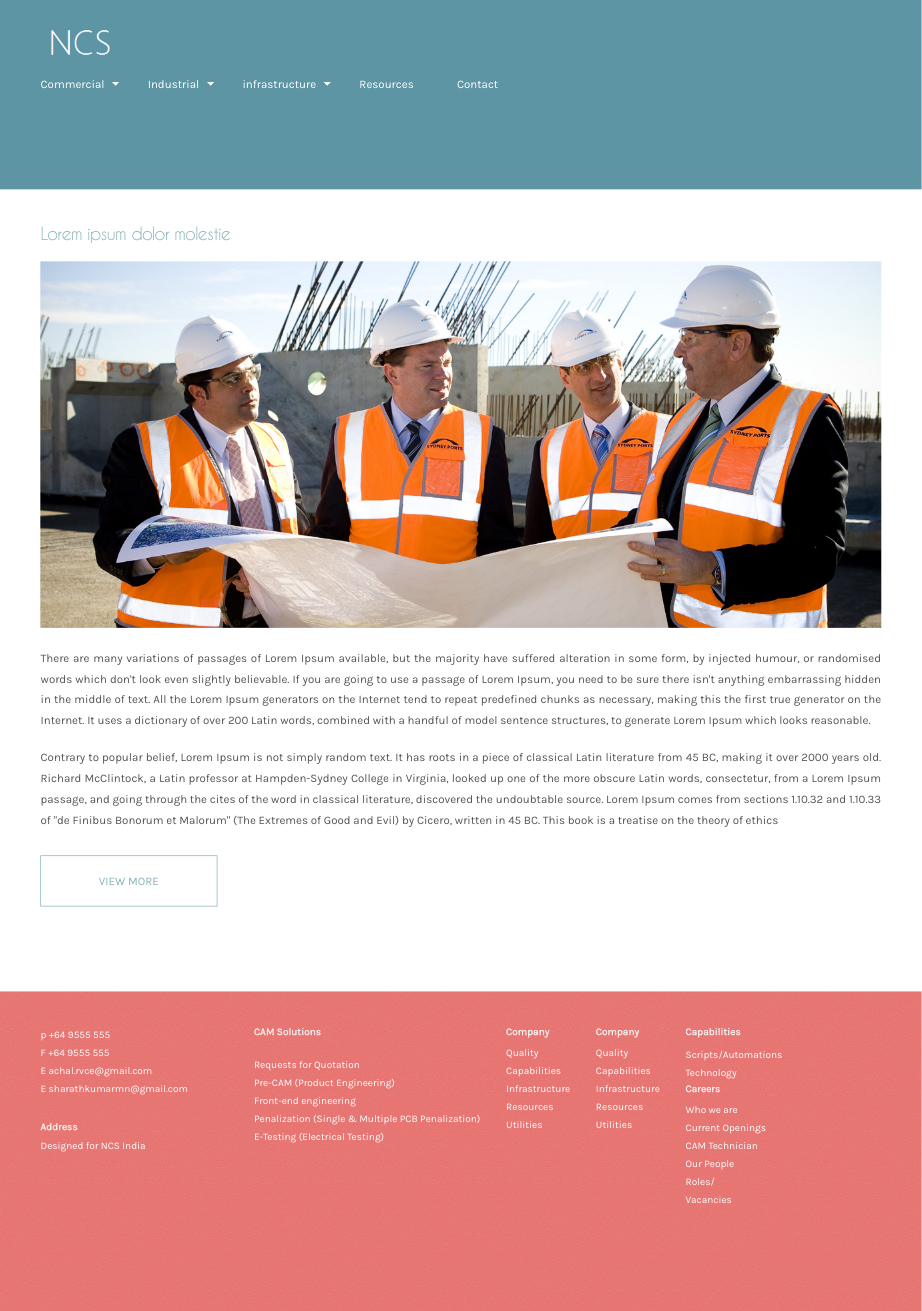
Repository: achalbi/NCS_demo
Page: public/details.html
The author's editor kept a record of every edit. The page is drawn from the files as they stood at one moment, then again after the next edit.
The browser window is 1280 px wide. The pictures show the whole page, at 72% of full size.

Above is the page before.

### public/details.html
<!--A Design by W3layouts
Author: W3layout
Author URL: http://w3layouts.com
License: Creative Commons Attribution 3.0 Unported
License URL: http://creativecommons.org/licenses/by/3.0/
-->
<!DOCTYPE HTML>
<html>
<head>
<title>The Organic Website Template | Details</title>
<meta http-equiv="Content-Type" content="text/html; charset=utf-8" />
<meta name="viewport" content="width=device-width, initial-scale=1, maximum-scale=1">
<link href='http://fonts.googleapis.com/css?family=Karla' rel='stylesheet' type='text/css'>
<link href="css/style.css" rel="stylesheet" type="text/css" media="all" />
<script src="js/jquery.min.js"></script>
</head>
<body>
<!-- start header -->
<div class="header_bg1">
<div class="wrap">
<div class="wrapper">
	<div class="logo">
		<a href="index.html"><img src="images/logo.png" alt=""/> </a>
	</div>
	<div class="menu">
		<a class="toggleMenu" href="#">Menu</a>
		<ul class="nav">
			<li><a href="commercial.html">Commercial</a>
				<ul>
					<li><a href="#">Histroy</a></li>
					<li><a href="#">Structure</a></li>
					<li><a href="#">People</a></li>
				</ul>
			</li>
			<li><a href="industrial.html">Industrial</a>
				<ul>
					<li><a href="#">CSR</a></li>
					<li><a href="#">Locations</a></li>
					<li><a href="#">PPV</a></li>
				</ul>
			</li>
			<li><a href="infrastructure.html">infrastructure</a>
				<ul>
					<li><a href="#">Histroy</a></li>
					<li><a href="#">Structure</a></li>
					<li><a href="#">People</a></li>
				</ul>
			</li>
			<li><a href="resource.html">Resources</a></li>
			<li><a href="contact.html">Contact</a></li>
		</ul>
		</div>
		<div class="clear"></div>
	 <script type="text/javascript" src="js/script.js"></script>
	<div class="clear"></div>
</div>
</div>
</div>
<!-- start content -->
<div class="content_bg">
<div class="wrap">
<div class="wrapper">
	<div class="main">
		<div class="details">
			<h2 class="style1">Lorem ipsum dolor molestie</h3>
			<div class="det_pic">
				  <img src="images/det_pic.jpg">
			</div>
			<div class="det_text">
				<p class="para1">There are many variations of passages of Lorem Ipsum available, but the majority have suffered alteration in some form, by injected humour, or randomised words which don't look even slightly believable. If you are going to use a passage of Lorem Ipsum, you need to be sure there isn't anything embarrassing hidden in the middle of text. All the Lorem Ipsum generators on the Internet tend to repeat predefined chunks as necessary, making this the first true generator on the Internet. It uses a dictionary of over 200 Latin words, combined with a handful of model sentence structures, to generate Lorem Ipsum which looks reasonable. </p>
				<p class="para1">Contrary to popular belief, Lorem Ipsum is not simply random text. It has roots in a piece of classical Latin literature from 45 BC, making it over 2000 years old. Richard McClintock, a Latin professor at Hampden-Sydney College in Virginia, looked up one of the more obscure Latin words, consectetur, from a Lorem Ipsum passage, and going through the cites of the word in classical literature, discovered the undoubtable source. Lorem Ipsum comes from sections 1.10.32 and 1.10.33 of "de Finibus Bonorum et Malorum" (The Extremes of Good and Evil) by Cicero, written in 45 BC. This book is a treatise on the theory of ethics</p>
				<div class="rd_more1">
				     	<button class="btn btn-1 btn-1a">View More</button>
					</div>
			</div>
			<div class="clear"></div>
		</div>
	</div>
</div>
</div>
</div>
<!-- start footer -->
<div class="footer_bg">
<div class="wrap">
<div class="wrapper">
<div class="clear">
	<div class="f_grid">
		<div class="grid1_of_1">
			<div class="address">
				<p>p +64 9555 555</p>
				<p>F +64 9555 555</p>
				<p>E <a href="">achal.rvce@gmail.com</a> </p>
				<p>E <a href="">sharathkumarmn@gmail.com</a> </p>
				<h3 class="top">Address</h3>
				<p class="top">Designed for <a href="http://www.ncs-india.com/"> NCS India</a></p>
			</div>
		</div>
		<div class="grid1_of_2">
			<div class="f_grid2 left">
				<h3>CAM Solutions</h3>
				<ul class="f_nav">
					<li><a href="">Requests for Quotation </a></li>
					<li><a href="">Pre-CAM (Product Engineering) </a></li>
					<li><a href="">Front-end engineering</a></li>
					<li><a href="">Penalization (Single & Multiple PCB Penalization)</a></li>
					<li><a href="">E-Testing (Electrical Testing)</a></li>
				</ul>
			</div>
			<div class="f_grid2 left">
			<h3>Company</h3>
			<ul class="f_nav">
				<li><a href="">Quality</a></li>
				<li><a href="">Capabilities</a></li>
				<li><a href="">Infrastructure</a></li>
				<li><a href="">Resources</a></li>
				<li><a href="">Utilities</a></li>
			</ul>
			</div>
				<div class="f_grid2 left">
			<h3>Company</h3>
			<ul class="f_nav">
				<li><a href="">Quality</a></li>
				<li><a href="">Capabilities</a></li>
				<li><a href="">Infrastructure</a></li>
				<li><a href="">Resources</a></li>
				<li><a href="">Utilities</a></li>
			</ul>
			</div>
			<div class="f_grid2 left hide">
			<h3>Capabilities</h3>
			<ul class="f_nav">
				<li><a href="">Scripts/Automations</a></li>
				<li><a href="">Technology</a></li>
			</ul>
			</div>
			<div class="f_grid2 left hide">
			<h3>Careers</h3>
			<ul class="f_nav">
				<li><a href="">Who we are</a></li>
				<li><a href="">Current Openings</a></li>
				<li><a href="">CAM Technician</a></li>
				<li><a href="">Our People</a></li>
				<li><a href="">Roles/</a></li>
				<li><a href="">Vacancies</a></li>
			</ul>
			</div>
		</div>
		<div class="clear"></div>
	</div>
	</div>
</div>
</div>
</div>
</body>
</html>

### public/css/style.css
/*
Author: W3layout
Author URL: http://w3layouts.com
License: Creative Commons Attribution 3.0 Unported
License URL: http://creativecommons.org/licenses/by/3.0/
*/
/* reset */
html,body,div,span,applet,object,iframe,h1,h2,h3,h4,h5,h6,p,blockquote,pre,a,abbr,acronym,address,big,cite,code,del,dfn,em,img,ins,kbd,q,s,samp,small,strike,strong,sub,sup,tt,var,b,u,i,dl,dt,dd,ol,nav ul,nav li,fieldset,form,label,legend,table,caption,tbody,tfoot,thead,tr,th,td,article,aside,canvas,details,embed,figure,figcaption,footer,header,hgroup,menu,nav,output,ruby,section,summary,time,mark,audio,video{margin:0;padding:0;border:0;font-size:100%;font:inherit;vertical-align:baseline;}
article, aside, details, figcaption, figure,footer, header, hgroup, menu, nav, section {display: block;}
ol,ul{list-style:none;margin:0;padding:0;}
blockquote,q{quotes:none;}
blockquote:before,blockquote:after,q:before,q:after{content:'';content:none;}
table{border-collapse:collapse;border-spacing:0;}
/* start editing from here */
a{text-decoration:none;}
.txt-rt{text-align:right;}/* text align right */
.txt-lt{text-align:left;}/* text align left */
.txt-center{text-align:center;}/* text align center */
.float-rt{float:right;}/* float right */
.float-lt{float:left;}/* float left */
.clear{clear:both;}/* clear float */
.pos-relative{position:relative;}/* Position Relative */
.pos-absolute{position:absolute;}/* Position Absolute */
.vertical-base{	vertical-align:baseline;}/* vertical align baseline */
.vertical-top{	vertical-align:top;}/* vertical align top */
.underline{	padding-bottom:5px;	border-bottom: 1px solid #eee; margin:0 0 20px 0;}/* Add 5px bottom padding and a underline */
nav.vertical ul li{	display:block;}/* vertical menu */
nav.horizontal ul li{	display: inline-block;}/* horizontal menu */
img{max-width:100%;}
/*end reset*/
@font-face {
      font-family: 'caviar_dreamsregular';
      src: url(../fonts/CaviarDreams-webfont.ttf) format('truetype');
}
body {
	font-family: 'Karla', sans-serif;
	font-size: 100%;
	background: #ffffff;
}
.wrap{
	margin:0 auto;
	width:80%;
}
.wrapper{
	padding:2% 6%;
}
/* start header */
.header_bg{
	background: url('../images/bg.jpg') no-repeat;
}
.logo {
	position: absolute;
	top: 10px;
	left: 10px;
}
/* start menu */
.menu{
	float: left;
	margin-left: -40px;
}
.toggleMenu {
    display:  none;
    background: rgba(29, 82, 99, 0.22);
    padding: 10px 15px;
    width: 100%;
    color: #fff;
}
.nav {
    list-style: none;
     *zoom: 1;
}
.nav:before,
.nav:after {
    content: " ";
    display: table;
}
.nav:after {
    clear: both;
}
.nav ul {
    list-style: none;
    width: 9em;
}
.nav li a {
  padding: 10px 20px 10px 40px;
    color:#fff;
    font-size: 16px;
}
.nav li {
    position: relative;
}
.nav > li {
    float: left;
}
.nav > li > .parent {
    background-image: url("../images/down_arrow.png");
    background-repeat: no-repeat;
    background-position: right;
}
.nav > li > a {
    display: block;
}
.nav > li > a:hover{
	color: rgb(241, 241, 241);
}
.nav li  ul {
    position: absolute;
    left: -9999px;
}
.nav > li.hover > ul {
    left: 40px;
}
.nav li li.hover ul {
    left: 100%;
    top: 0;
    -webkit-transition: background .2s linear;
	-moz-transition: background .2s linear;
	-ms-transition: background .2s linear;
	-o-transition:  background .2s linear;
	transition: background .2s linear;
}
.nav li li a {
	padding: 10px;
	display: block;
	color: rgba(255, 255, 255, 0.81);
	background: rgba(255, 255, 255, 0.16);
	position: relative;
	z-index: 100;
	border-top: 1px solid rgba(233, 233, 233, 0.09);
	-webkit-transition: all 0.3s ease-out;
	-moz-transition: all 0.3s ease-out;
	-ms-transition: all 0.3s ease-out;
	-o-transition: all 0.3s ease-out;
	transition: all 0.3s ease-out;
}
.nav li li li a {
    background:#249578;
    z-index:200;
    border-top: 1px solid #1d7a62;
}
.nav li li a:hover{
	background: #f6f6f6;
	color: #4D8194;
}


@media screen and (max-width: 768px) {
	.logo{
		float: none;
	}
	.menu{
		float: none;
		margin-left: 0;
	}
	.nav {
		background: rgba(255, 255, 255, 0.22);
	}
    .active {
        display: block;
    }
    .nav > li {
        float: none;
    }
    .nav > li > .parent {
        background-position: 95% 50%;
    }
    .nav li li .parent {
        background-image: url("images/downArrow.png");
        background-repeat: no-repeat;
        background-position: 95% 50%;
    }
    .nav ul {
        display: block;
        width: 100%;
    }
   .nav > li.hover > ul , .nav li li.hover ul {
        position: static;
    }
}
/* start banner_text */
.banner{
	width: 42%;
	margin: 8% 0 44%;
}
h2.style{
	font-family: 'caviar_dreamsregular';
	font-size: 3.0em;
	color: #ffffff;
	text-shadow: 0 1px 0 rgb(34, 55, 60);
	line-height: 1.2em;

}
p.para{
	margin-top:4%;
	font-family: 'caviar_dreamsregular';
	font-size: 1em;
	color: #fff;
	text-shadow: 0 1px 0 rgb(152, 153, 153);
	line-height: 1.8em;
}
/* start main */
.mait_bg{
	background: #ffffff;
}
.main{
	margin: 2% 0 8%;
}
h3.style{
	font-size:1.5em;
	color:#FE9E2E;
}
h4.style{
	font-size:1.6em;
	color:#FE9E2E;
}
p.para1{
	margin-top:2%;
	font-size:1em;
	color: #555555;
	line-height: 1.8em;
	text-align: justify;
    text-justify: inter-word;
}
/* Circular Content Carousel Style */
.ca-container{
	position: relative;
	width: 100%;
	height: 350px;
}
.ca-wrapper{
	width:100%;
	height:100%;
	position:relative;
}
.ca-item{
	position:relative;
	float:left;
	width:100%;
	height:100%;
	text-align:center;
}
.ca-close{
	position:absolute;
	top:10px;
	right:10px;
	background:url(../images/cross.png) no-repeat center center;
	width:27px;
	height:27px;
	text-indent:-9000px;
	outline:none;
	opacity:0.7;
}
.ca-close:hover{
	opacity:1.0;
}
.ca-item-main{
	position: absolute;
	top: 0px;
	left: 0px;
	overflow: hidden;
}
.ca-item h4{
	position: relative;
	color: #999;
	margin: 0.8em 0;
	line-height: 1.8em;
	font-weight: 300;
	font-size: 0.75em;
}
.ca-item h4 span{
	display: block;
}
.ca-item h4  span.quote{
	margin: 2% 0 0 26%;
}
.ca-nav span{
	width:35px;
	height:35px;
	background:#FF992B url(../images/arrows.png) no-repeat top left;
	position:absolute;
	top:84%;
	left:76%;
	text-indent:-9000px;
	cursor:pointer;
	z-index:100;
}
.ca-nav span.ca-nav-next{
	background-position:top right;
	left:auto;
	right:4px;
}
.ca-nav span:hover{
	opacity:1.0;
}
/* start span_1_of_2 */
.span1_of_1{
	width: 26.333%;
	float:left;
	border-right: 1px solid rgb(231, 231, 231);
}
.span1_of_1.left{
	padding-right: 4%;
}
.span1_of_2{
	width: 64.333%;
	float:left;
	padding-left: 4%;
}
.span1_of_1 span{
	color: #FE9E2E;
	font-size: 2em;
	line-height: 1.4em;
	text-align: left;
}
.span1_of_1 span.left{
	margin-left: 50%;
}
/* start footer */
.footer_bg{
	background: url('../images/ftr_bg.png');
}
.f_grid{
	display: block;
	margin: 2% 0 10%;
}
.grid1_of_1{
	float: left;
	width: 24.3333%;
}
.grid1_of_2{
	float: left;
	width: 74.3333%;
}
.address p{
	color: #ffffff;
	font-size:0.8725em;
	line-height: 1.8em;
}
.address p a{
	color: #ffffff;
	margin-top: 10px;
}
.address h3{
	font-size:14px;
	color: #ffffff;
	-webkit-text-stroke: 0.4px;
	-webkit-text-stroke-color: #f6f6f6;
}
.address h3.top{
	margin-top: 12%;
}
.address p.top{
	margin-top: 2%;
}
.address p a:hover{
	color: rgb(241, 241, 241);
}
.f_grid2 {
	float: left;
}
.f_grid2.left{
	margin-left: 8%;
}
.f_grid2 h3{
	font-size: 14px;
	color: #ffffff;
	-webkit-text-stroke: 0.4px;
	-webkit-text-stroke-color: #f6f6f6;
}
.f_nav{
	margin-top: 8%;
}
.f_nav li a{
	color: #ffffff;
	font-size:0.8725em;
	line-height: 1.8em;
}
.f_nav li a:hover{
	color: rgb(241, 241, 241);
}
/* start commercial */
.header_bg1{
	background: #5D95A4;
	padding: 0% 0 8%;
}
.commercial{
	margin: 6% 0;
}
/*  GRID OF THREE */
.grid_1_of_3{
	display: block;
	margin-left: 4%;
}
.grid_1_of_3:first-child {
	margin-left: 0;
}
.images_1_of_3 {
	float:left;
	width:30.333%;
}
.images_1_of_3  img {
	margin: 10% 0 6%;
}
.images_1_of_3 img {
	box-shadow: 0px 40px 20px -40px rgb(133, 133, 133);
	-webkit-box-shadow: 0px 40px 20px -40px rgb(133, 133, 133);
	-moz-box-shadow: 0px 40px 20px -40px rgb(133, 133, 133);
	-o-box-shadow: 0px 40px 20px -40px rgb(133, 133, 133);
}
h2.style1{
	font-family: 'caviar_dreamsregular';
	font-size:1.5em;
	color: #84B3B9;
	text-shadow: 0 1px 0 rgb(255, 255, 255);
	line-height: 1.2em;
	letter-spacing: -1px;
}
.style1_sub{
	font-family: 'caviar_dreamsregular';
	font-size:1em;
	color: #84B3B9;
	text-shadow: 0 1px 0 rgb(255, 255, 255);
	line-height: 1.2em;
	letter-spacing: -1px;
}
.images_1_of_3 p{
	margin-top: 4%;
}
.rd_more{
	margin-top: 8%;
}
.btn {
	border: none;
	font-family: inherit;
	font-size: inherit;
	color: inherit;
	background: none;
	cursor: pointer;
	padding: 25px 80px;
	display: inline-block;
	text-transform: uppercase;
	outline: none;
	position: relative;
	-webkit-transition: all 0.3s;
	-moz-transition: all 0.3s;
	transition: all 0.3s;
}
.btn:after {
	content: '';
	position: absolute;
	z-index: -1;
	-webkit-transition: all 0.3s;
	-moz-transition: all 0.3s;
	transition: all 0.3s;
}
/* Button 1 */
.btn-1 {
	border: 1px solid #84B3B9;
	color: #84B3B9;
}
/* Button 1a */
.btn-1a:hover,.btn-1a:active {
	color: #ffffff;
	background: #84B3B9;
}

/* start industrail */
.listimg{
	display: block;
}
.listview_1_of_2{
	margin: 6% 0;
}
.listimg_2_of_1 {
	float:left;
	width: 38.33333%;
	margin-right: 4.33333%;
}
.list_2_of_1 {
	float:left;
	width: 56.33333%;
}
.listimg_2_of_1 img{
	margin-top: 2%;
}
.images_1_of_2  img {
	max-width:100%;
	display:block;
}
.list_2_of_1 h3 span{
	color: #80B88C;
}
.rd_more1{
	margin-top: 3%;
}
/*gallery*/
.gallery{
	margin-top: 4%;
}
.gallery h2{
	margin-bottom: 4%;
}
.lb-album{
	display:block;
}
.lb-album.top{
	margin-top: 6%;
}
.lb-album li{
	float: left;
	width: 21.333%;
	margin:0 0 4% 4%;
	position: relative;
}
.lb-album li:first-child{
	margin-left:0;
}
.lb-album li > a,
.lb-album li > a img{
	display: block;
}
.lb-album li > a{
	position: relative;
}
.lb-album li > a span{
	position: absolute;
	bottom:70px;
	left:110px;
	width:36px;
	height:36px;
	opacity: 0;
	-webkit-transition: opacity 0.3s linear;
	-moz-transition: opacity 0.3s linear;
	-o-transition: opacity 0.3s linear;
	-ms-transition: opacity 0.3s linear;
	transition: opacity 0.3s linear;
}
.lb-album li > a img:hover{
	opacity:0.6;
}
.lb-album li > a:hover span{
	opacity:1;
	background:url(../images/zoom.png) no-repeat;
	filter: alpha(opacity=99); /* internet explorer */
    -ms-filter:"progid:DXImageTransform.Microsoft.Alpha(opacity=99)"; /*IE8*/
}
.lb-overlay{
	width: 0px;
	height: 0px;
	position: fixed;
	overflow: hidden;
	left: 0px;
	top: 0px;
	padding: 0px;
	z-index: 99;
	text-align: center;
	background:rgba(24, 23, 23, 0.91);
}
.lb-overlay a.lb-close{
	background: rgba(27,54,81,0.8);
	z-index: 1001;
	position: absolute;
	right: 29%;
	top: 6%;
	width: 36px;
	height: 36px;
	background:url('../images/close.png') no-repeat;
	overflow: hidden;
	opacity: 0;
	filter: alpha(opacity=0); /* internet explorer */
    -ms-filter:"progid:DXImageTransform.Microsoft.Alpha(opacity=0)";
	-webkit-transition: opacity 0.3s linear 1.2s;
	-moz-transition: opacity 0.3s linear 1.2s;
	-o-transition: opacity 0.3s linear 1.2s;
	-ms-transition: opacity 0.3s linear 1.2s;
	transition: opacity 0.3s linear 1.2s;
}
.lb-overlay img{
	position: relative;
}
.lb-overlay:target {
	width: auto;
	height: auto;
	bottom: 0px;
	right: 0px;
	padding: 80px 100px 120px 100px;
}
.lb-overlay:target img {
	-webkit-animation: scaleDown 1.2s ease-in-out;
	-moz-animation: scaleDown 1.2s ease-in-out;
	-o-animation: scaleDown 1.2s ease-in-out;
	-ms-animation: scaleDown 1.2s ease-in-out;
	animation: scaleDown 1.2s ease-in-out;
}
.lb-overlay:target a.lb-close,
.lb-overlay:target > div{
	opacity: 1;
	filter: alpha(opacity=99); /* internet explorer */
    -ms-filter:"progid:DXImageTransform.Microsoft.Alpha(opacity=99)"; /*IE8*/
}
@-webkit-keyframes scaleDown {
  0% { -webkit-transform: scale(10,10); opacity: 0; }
  100% { -webkit-transform: scale(1,1); opacity: 1; }
}
@-moz-keyframes scaleDown {
  0% { -moz-transform: scale(10,10); opacity: 0; }
  100% { -moz-transform: scale(1,1); opacity: 1; }
}
@-o-keyframes scaleDown {
  0% { -o-transform: scale(10,10); opacity: 0; }
  100% { -o-transform: scale(1,1); opacity: 1; }
}
@-ms-keyframes scaleDown {
  0% { -ms-transform: scale(10,10); opacity: 0; }
  100% { -ms-transform: scale(1,1); opacity: 1; }
}
@keyframes scaleDown {
  0% { transform: scale(10,10); opacity: 0; }
  100% { transform: scale(1,1); opacity: 1; }
}
x:-o-prefocus, .lb-overlay img {
    height: 100%;
}
/*start Contact*/
.contact{
	display: block;
}
.contact_info{
	float: right;
	width: 64.33333%;
}
.map {
	margin-top: 4%;
}
.company_address {
	float: left;
	margin-right: 3%;
	width: 32.3333%;
}
.span_1_of_2 h2{
	margin-bottom: 0.5em;
}
.contact-form{
	position:relative;
	margin-top: 2%;
}
.contact-form div{
	padding:8px 0;
}
.contact-form span label{
	color: #555555;
	display:block;
	font-size: 0.8725em;
	padding-bottom:5px;
}
.company_address p{
	padding:2px 0;
	font-size: 1em;
	color: #555555;
	line-height: 1.8em;
}
.company_address p span{
	color: #84B3B9;
	cursor:pointer;
}
.company_address p span:hover{
	color: #555555;
	-webkit-transition:0.5s;
	-moz-transition:0.5s;
	-o-transition:0.5s;
	transition:0.5s;
}
.contact-form form{
	margin-top: 10px;
}
.contact-form input[type="text"],.contact-form textarea{
	font-family: 'Karla', sans-serif;
	font-size: 0.8725em;
	color: #555555;
	padding:12px 8px;
	display: block;
	width: 98%;
	background: #FFFFFF;
	border: 1px solid rgba(226, 226, 226, 1);
	outline: none;
	-webkit-appearance: none;
}
.contact-form textarea{
	resize:none;
	height:120px;
}
.contact-form input[type="text"]:focus,.contact-form textarea:focus{
	-webkit-transition:0.9s;
	-o-transition:0.9s;
	-moz-transition:0.9s;
	transition:0.9s;
	box-shadow: 0px 0px 1px rgba(154, 153, 162, 0.69);
	-webkit-box-shadow:0px 0px 1px rgba(154, 153, 162, 0.69);
	-moz-box-shadow0px 0px 1px rgba(154, 153, 162, 0.69);
	-o-box-shadow: 0px 0px 1px rgba(154, 153, 162, 0.69);
}
.contact-form input[type="submit"]{
	font-size:1em;
	border: 1px solid #84B3B9;
	color: #84B3B9;
	font-family: inherit;
	cursor: pointer;
	padding: 25px 80px;
	display: inline-block;
	text-transform: uppercase;
	outline: none;
	position: relative;
	-webkit-transition: all 0.3s;
	-moz-transition: all 0.3s;
	transition: all 0.3s;
	background: none;
	outline: none;
}
.contact-form input[type="submit"]:hover{
	color: #ffffff;
	background: #84B3B9;
}
/* start details*/
.det_pic{
	margin: 2% 0;
}

/***** Media Quries *****/
@media only screen and (max-width: 1366px) {
	.wrap{
		width:95%;
	}
	.banner {
		width: 45%;
	}
	.ca-nav span {
		width: 34px;
		height: 34px;
		left: 75%;
	}
	.f_grid2.left {
		margin-left: 6%;
	}
	.grid1_of_1 {
		width: 22.3333%;
	}
	.grid1_of_2 {
		width: 76.3333%;
	}
}
@media only screen and (max-width: 1280px) {
	.wrap{
		width:95%;
	}
	.wrapper{
		padding: 2% 2%;
	}
	.banner {
		width: 50%;
	}
	.ca-nav span {
		width: 34px;
		height: 34px;
		left: 74%;
	}
	.f_grid2.left {
		margin-left: 4%;
	}
	.logo{
		position: inherit;
	}
}
@media only screen and (max-width: 1024px) {
	.wrap{
		width:95%;
	}
	.logo {
		position: inherit;
		top: 0px;
		left:0px;
		text-align: left;
	}
	.banner {
		width: 66%;
	}
	.f_grid2.left {
		margin-left: 2%;
	}
	.nav li a {
		padding: 10px 20px 10px 30px;
	}
	.ca-nav span {
		left: 64%;
		top: 100%;
	}
}
@media only screen and (max-width: 800px) {
	.wrap{
		width:95%;
	}
	.banner {
		width: 74%;
	}
	h2.style1 {
		font-size: 1.5em;

	}
	.btn {
		padding: 20px 60px;
	}
}
@media only screen and (max-width: 640px){
	.wrap{
		width:95%;
	}
	.span1_of_1 {
		width: 99.333%;
		float: none;
		border-right: none;
	}
	.span1_of_2{
		width: 99.333%;
		float: none;
		padding-left: 0;
	}
	.ca-nav span {
		left: 86%;
		top: 74%;
	}
	.ca-container {
		height: 220px;
	}
	.address h3.top {
		margin-top: 2%;
	}
	.f_grid2.left {
		margin-left: 4%;
	}
	.grid1_of_1 {
		width: 30.3333%;
	}
	.grid1_of_2 {
		float:none;
		width: 99.3333%;
	}
	.hide{
		display: none;
	}
	.menu{
		margin-left: 0;
	}
	.toggleMenu {
	    width: 95%;
	    margin: 0 auto;
	}
	.logo {
		text-align: center;
	}
	.toggleMenu {
		background: rgba(29, 82, 99, 0.22);
	}
	.nav {
		background: rgba(255, 255, 255, 0.22);
	}
	.banner {
		width: 82%;
	}
	.images_1_of_3 {
		float: none;
		width: 99.333%;
		margin-top: 4%;
	}
	.grid_1_of_3 {
		display: block;
		margin-left: 0%;
	}
	.listimg_2_of_1 {
		float: none;
		width: 99.33333%;
		margin-right: 0%;
	}
	.list_2_of_1 {
		float: none;
		width: 99.33333%;
	}
	.company_address {
		float: none;
		margin-right: 0%;
		width: 99.3333%;
	}
	.contact_info {
		float: none;
		width: 99.33333%;
	}
	.rd_more {
		margin-top: 4%;
	}
	.images_1_of_3 img {
		margin: 0% 0 0%;
	}
}
@media only screen and (max-width: 480px) {
	.wrap{
		width:95%;
	}
	.banner {
		width: 99%;
	}
	.ca-nav span {
		left: 83%;
	}
	.grid1_of_1{
		float: none;
		width:100%;
	}
	.grid1_of_2{
		float: none;
		width:100%;
	}
	.f_grid2{
		float:none;
	}
	.f_grid2.left{
		margin: 4% 0% 0 0;
	}
	.f_nav {
		margin-top: 2%;
	}
	.toggleMenu {
	    width: 92%;
	 }
	 h2.style {
		font-size: 2.5em;

	}
	.lb-album li {
		width: 45.333%;
		padding: 2%;
		margin: 0 0 4% 0%;
	}
}
@media only screen and (max-width: 320px) {
	.wrap{
		width:95%;
	}
	.toggleMenu {
	    width: 90%;
	 }
	 .ca-nav span {
		left: 75%;
		top: 100%;
	}
	.ca-container {
		height: 220px;
	}
	.span1_of_2 {
		margin-top: 20%;
	}
	 h2.style {
		font-size: 2em;
	}
}

Loaded but not shown: public/js/jquery.min.js (library); public/js/script.js (49 lines, source omitted)

After the next edit:
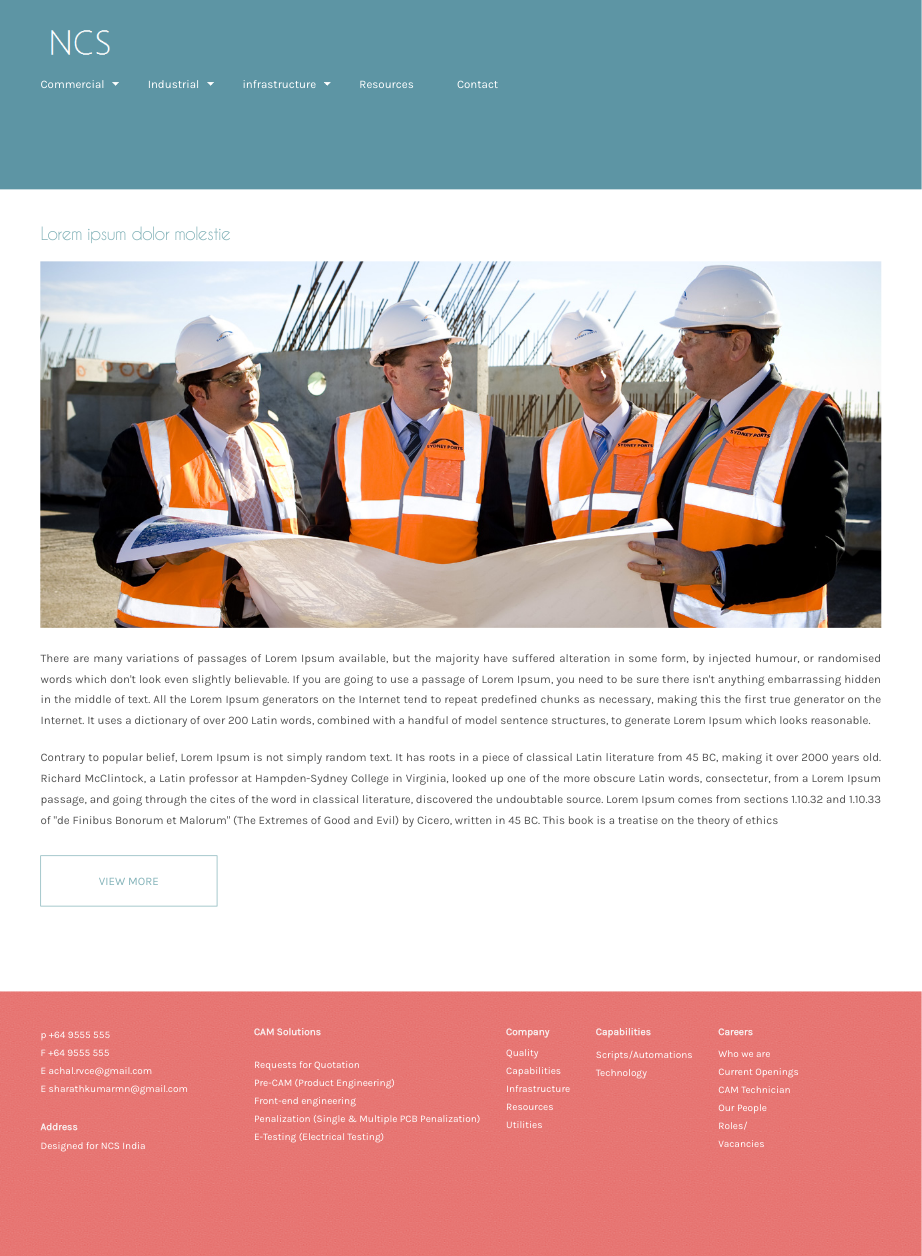
The edit:
--- a/public/details.html
+++ b/public/details.html
@@ -116,16 +116,6 @@
 				<li><a href="">Utilities</a></li>
 			</ul>
 			</div>
-				<div class="f_grid2 left">
-			<h3>Company</h3>
-			<ul class="f_nav">
-				<li><a href="">Quality</a></li>
-				<li><a href="">Capabilities</a></li>
-				<li><a href="">Infrastructure</a></li>
-				<li><a href="">Resources</a></li>
-				<li><a href="">Utilities</a></li>
-			</ul>
-			</div>
 			<div class="f_grid2 left hide">
 			<h3>Capabilities</h3>
 			<ul class="f_nav">
